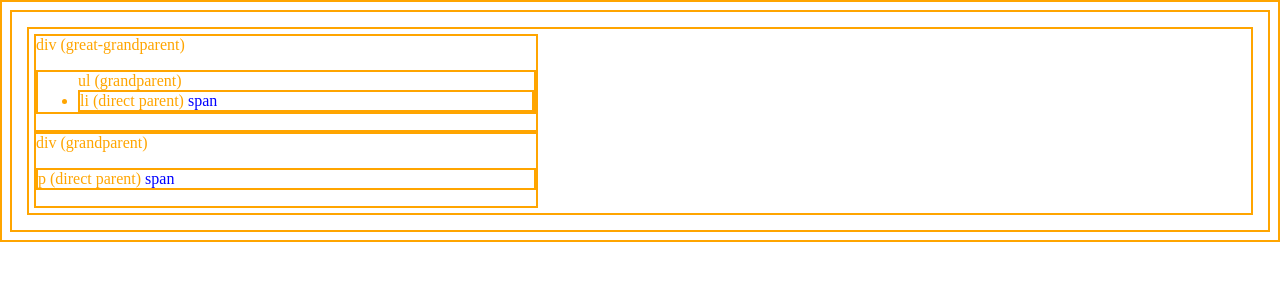
Repository: tjdwlsl/jspstudy
Page: http://localhost/JQuery_Ajax/jquery/ex15_DOM.jsp
These files come from the project's save history. The page is drawn as it stood at one moment and after the next save; the edit follows.
The browser window is 1280 px wide. The pictures show the whole page.
The page is served by Tomcat 9. Other server files are loaded and not shown.

Above is the page before, as saved 2023-07-19 08:56:08.

### JQuery_Ajax/src/main/webapp/jquery/ex15_DOM.jsp
<%@ page language="java" contentType="text/html; charset=UTF-8"
    pageEncoding="UTF-8"%>
<!DOCTYPE html>
<html>
<head>
<meta charset="UTF-8">
<title>HTML 탐색</title>
<style type="text/css">
	.ancestors{
		display: block;
		border: 2px solid black;
		color: red;
		padding: 5px;
		margin: 15px;
	}
</style>
<%-- jQuery 라이브러리 CDN --%>
<script src="https://ajax.googleapis.com/ajax/libs/jquery/3.7.0/jquery.min.js"></script>
<script type="text/javascript">
//문서 객체 모델(DON, Document Object Model)은 XML이라 HTML 문서에 접근하기 위한 일종의 인터페이스
//부모,자식,자손,형제
//parent() 메서드는 선택한 요소의 직접적인 상위 요소를 반환함
//parents() 메서드는 루트요소까지 선택한 요소의 모든 상위 요소를 뜻함
//parentsUntill()는 선택한 요소와 선택한 상위 요소 사이

$(document).ready(function(){
	$("span").css("color", "blue");
	//$("span").parent().css({"color": "skyblue", "border":"2px solid skyblue"});
	//$("span").parents().css({"color": "orange", "border":"2px solid orange"});
	$("span").parentsUntil().css({"color": "orange", "border":"2px solid orange"});

});
</script>

</head>
<body>
	<div class="ancestors">
  <div style="width:500px;">div (great-grandparent)
    <ul>ul (grandparent)
      <li>li (direct parent)
        <span>span</span>
      </li>
    </ul>
  </div>

  <div style="width:500px;">div (grandparent)
    <p>p (direct parent)
      <span>span</span>
    </p>
  </div>
</div>
</body>
</html>

After the next save:
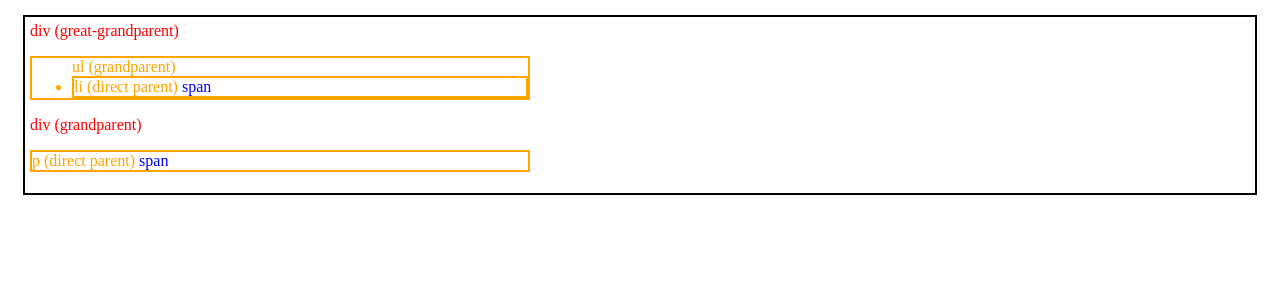
Saved 9 s later.
--- a/JQuery_Ajax/src/main/webapp/jquery/ex15_DOM.jsp
+++ b/JQuery_Ajax/src/main/webapp/jquery/ex15_DOM.jsp
@@ -27,7 +27,7 @@
 	$("span").css("color", "blue");
 	//$("span").parent().css({"color": "skyblue", "border":"2px solid skyblue"});
 	//$("span").parents().css({"color": "orange", "border":"2px solid orange"});
-	$("span").parentsUntil().css({"color": "orange", "border":"2px solid orange"});
+	$("span").parentsUntil("div").css({"color": "orange", "border":"2px solid orange"});
 
 });
 </script>
